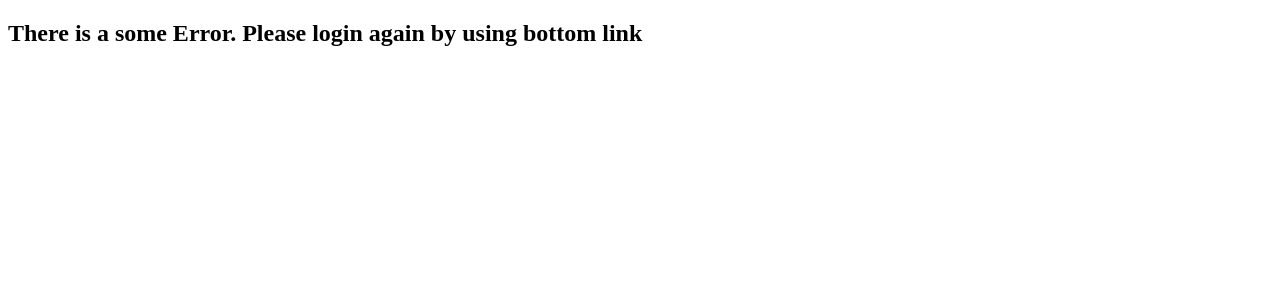
Repository: PNSVN3035/excelr-evening-full-stack
Page: http://localhost/login-application/loginError.jsp
These files come from the project's save history. The page is drawn as it stood at one moment and after the next save; the edit follows.
The browser window is 1280 px wide. The pictures show the whole page.
The page is served by Tomcat 9.

Above is the page before, as saved 2024-05-23 01:25:17.

After the next save:
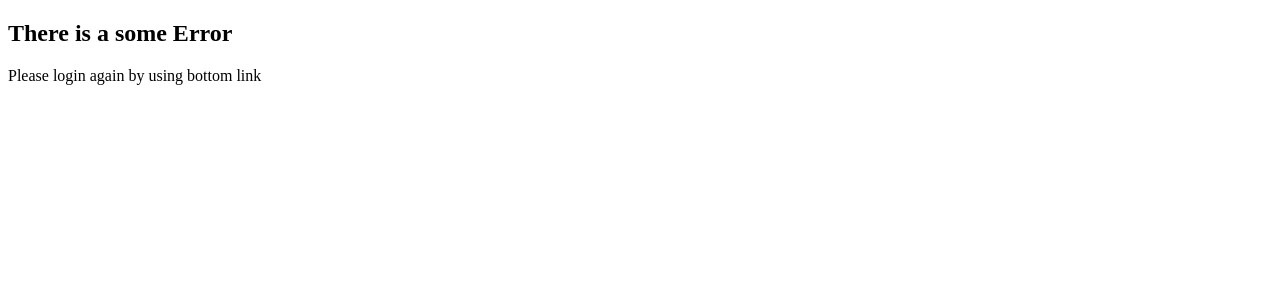
Saved 19 s later.
--- a/ExcelREvening/Backend/servlets-and-jsp/04-servlets-and-jsp-projects/login-application/src/main/webapp/loginError.jsp
+++ b/ExcelREvening/Backend/servlets-and-jsp/04-servlets-and-jsp-projects/login-application/src/main/webapp/loginError.jsp
@@ -5,6 +5,7 @@
 		<title>Error Page</title>
 	</head>
 	<body>
-	<h2>There is a some Error. Please login again by using bottom link</h2>
+	<h2>There is a some Error</h2>
+	<p>Please login again by using bottom link</p>
 	</body>
 </html>
